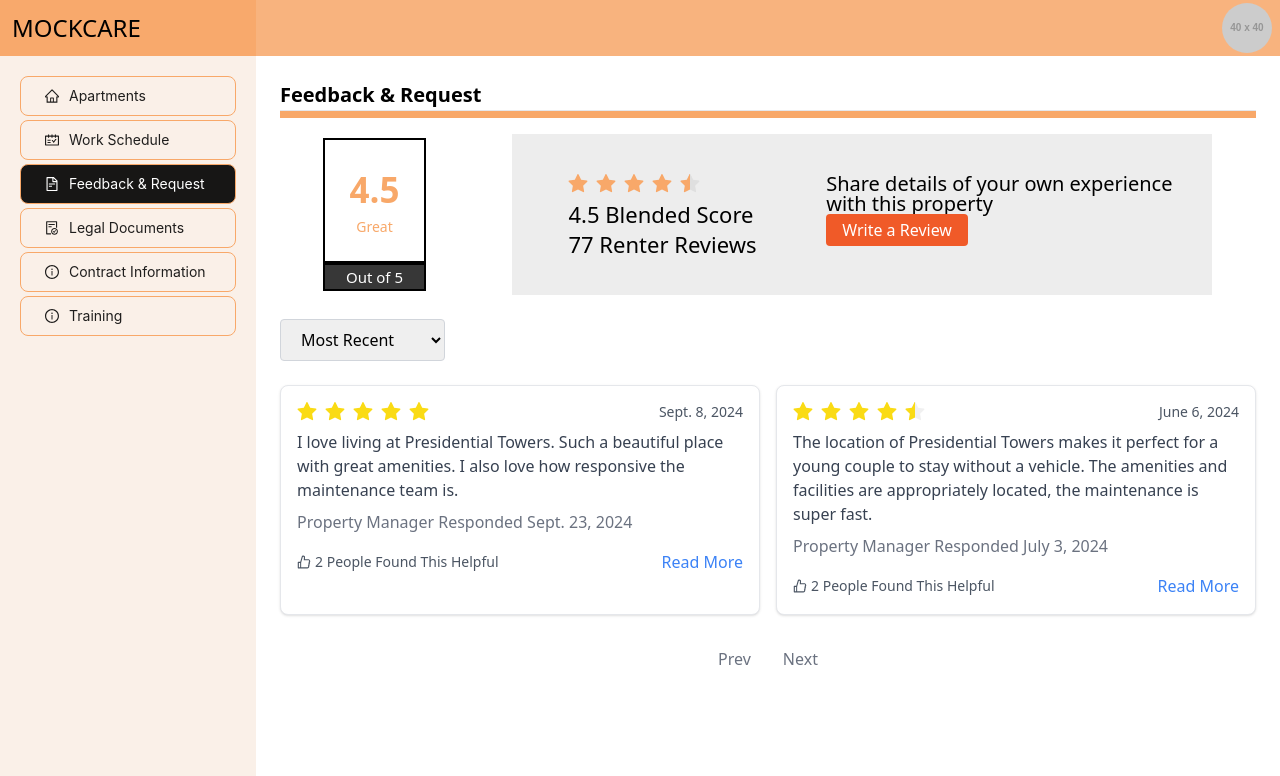
Repository: dunh-real/MockProject_102024_Nhom4
Page: / (app in frontend/)
These files come from the project's save history. The page is drawn as it stood at one moment and after a run of saves; the edit follows.
The browser window is 1280 px wide. The pictures show the whole page.
The project was rebuilt for these pictures with package versions that can differ from the ones it lists, and the page was loaded fresh each time. Also part of the build but not shown: frontend/vite.config.js, frontend/vite.config.ts, frontend/src/App.css, frontend/src/component/ReviewModal.tsx.

Above is the page before, as saved 2024-10-09 13:31:52.

After the next 2 saves:
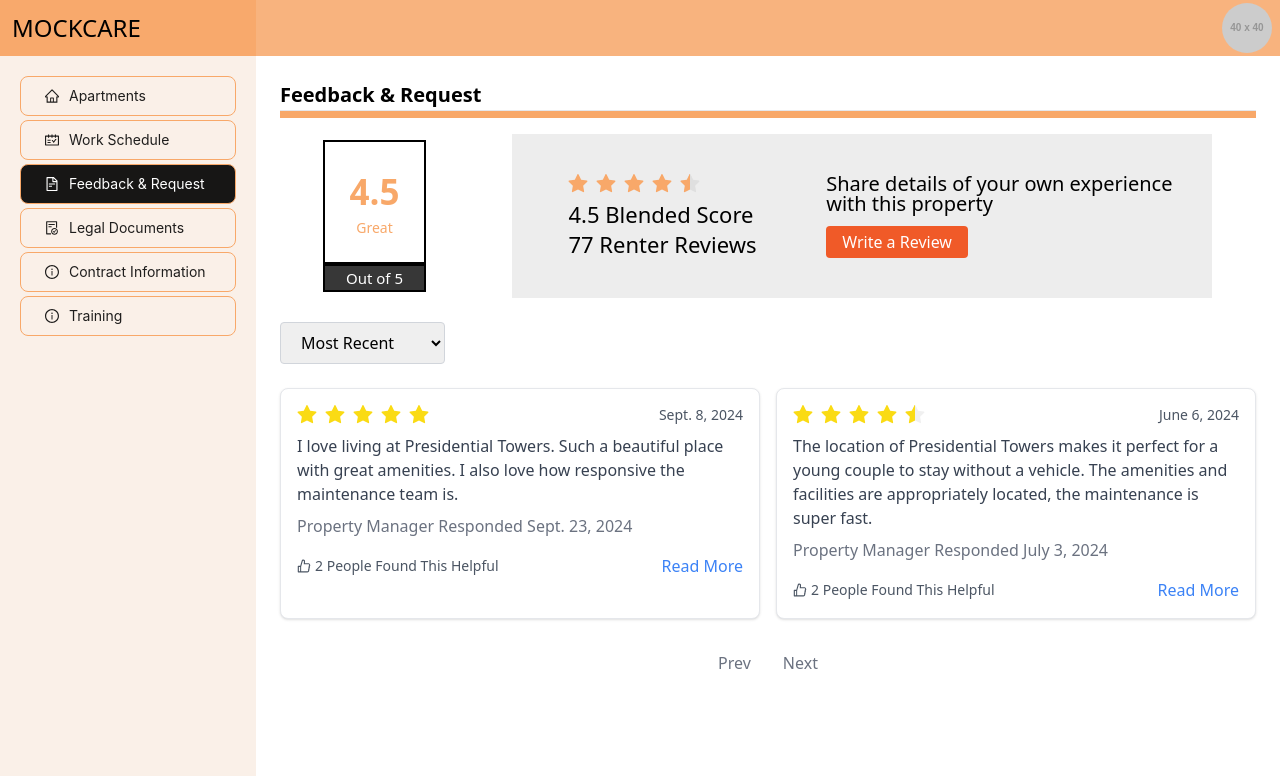
The 2 saves are shown as one change because they came seconds apart.
The last was saved 6 s later.
--- a/frontend/src/pages/Feedback&Request/Feedback&Request.tsx
+++ b/frontend/src/pages/Feedback&Request/Feedback&Request.tsx
@@ -88,7 +88,7 @@ const ReviewList: React.FC = () => {
                                 with this property</p>
                                 <button
                                     onClick={() => setShowModal(true)}
-                                    className="bg-[#f05a28] text-white px-4 py-2 mb-2 rounded hover:bg-[#ff6a38] hover:text-black "
+                                    className="bg-[#f05a28] text-white px-4 py-2 mt-3 rounded hover:bg-[#ff6a38] hover:text-black "
                                 >
                                     Write a Review
                                 </button>
